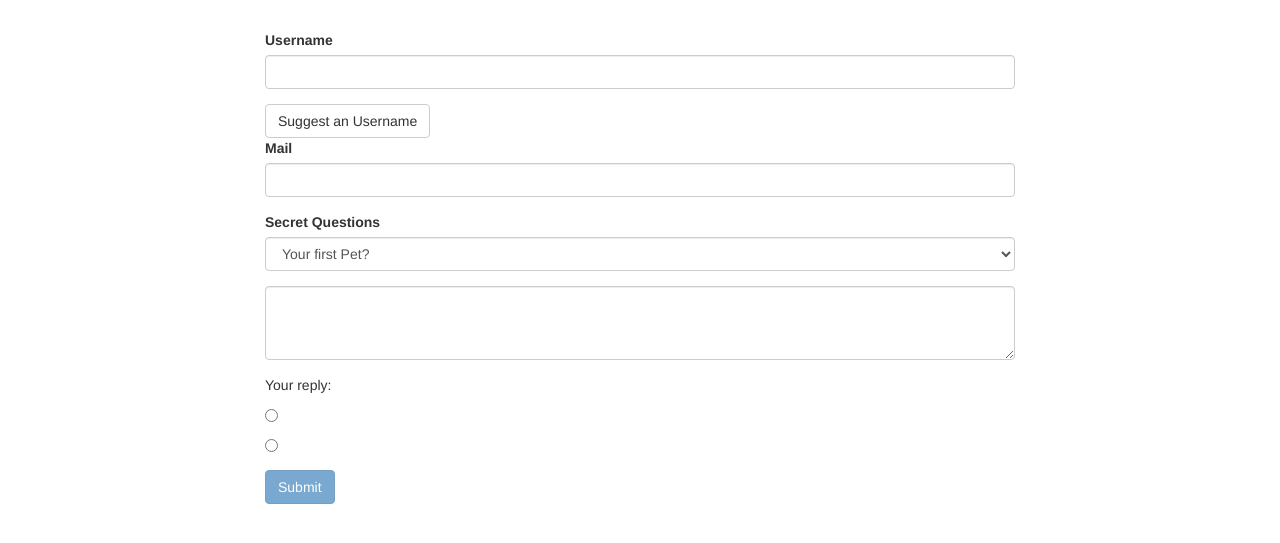
Repository: NikitasX/AngularCourse
Page: / (app in forms-start/)
These files come from the project's save history. The page is drawn as it stood at one moment and after the next save; the edit follows.
The browser window is 1280 px wide. The pictures show the whole page.
The project was rebuilt for these pictures with package versions that can differ from the ones it lists, and the page was loaded fresh each time. Also part of the build but not shown: forms-start/angular.json.

Above is the page before, as saved 2020-09-25 15:59:05.

After the next save:
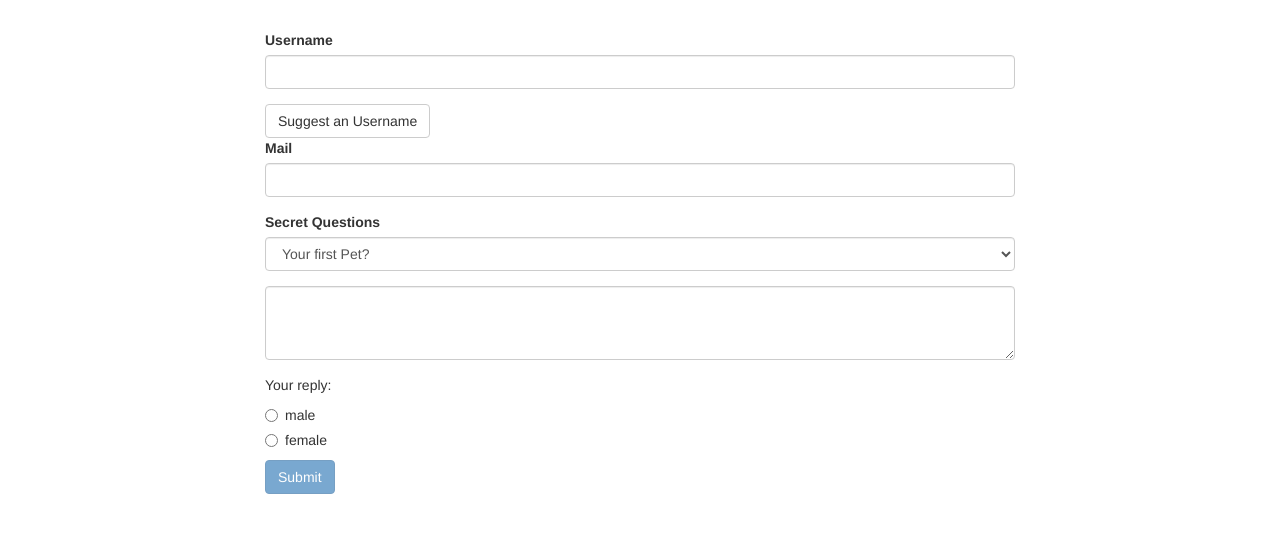
Saved 9 s later.
--- a/forms-start/src/app/app.component.html
+++ b/forms-start/src/app/app.component.html
@@ -59,6 +59,7 @@
         <div class="radio" *ngFor="let gender of genders">
           <label>
             <input type="radio" name="gender" ngModel [value]="gender">
+            {{ gender }}
           </label>
         </div>
         <button
